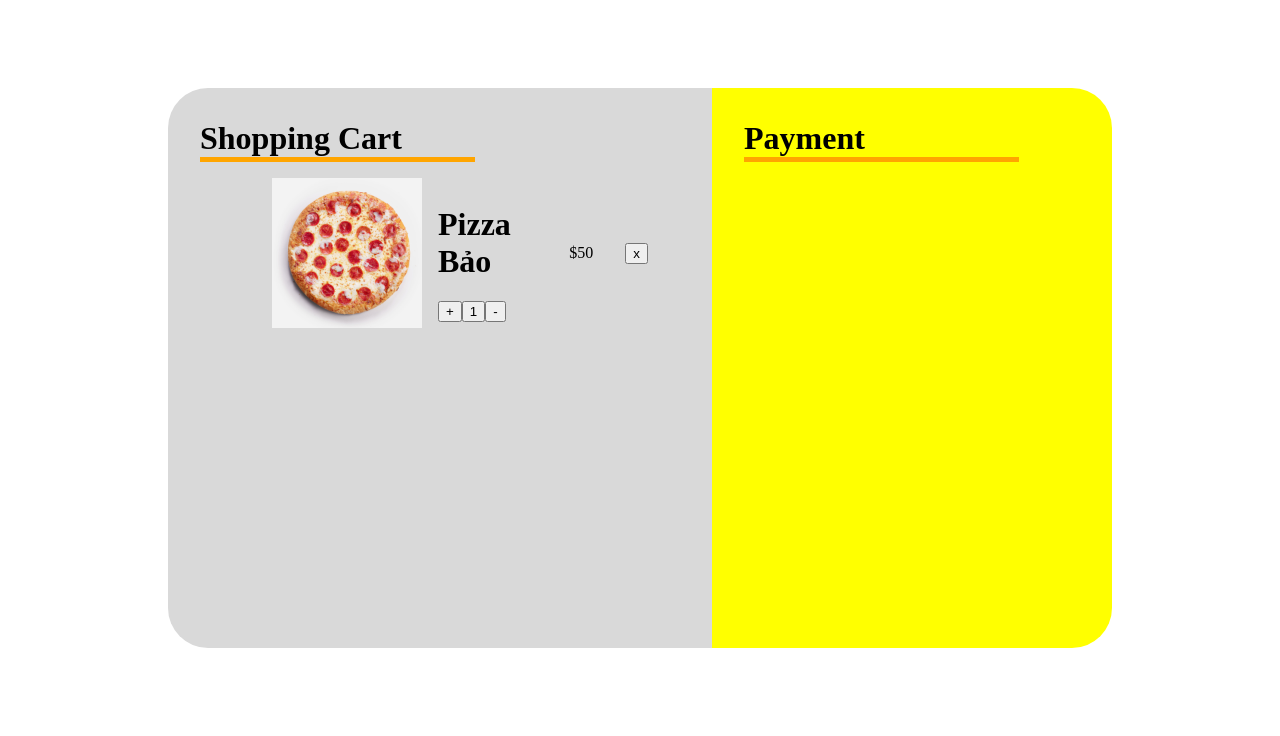
Repository: NDBaoFE/pizza-ordering-hiep
Page: /checkout
An editor plug-in stored every save of this project. The page is shown before and after the next save, followed by the edit.
The browser window is 1280 px wide. The pictures show the whole page.
The project was rebuilt for these pictures with package versions that can differ from the ones it lists, and the page was loaded fresh each time.

Above is the page before, as saved 2022-08-27 22:12:53.

### public/index.html
<!DOCTYPE html>
<html lang="en">
  <head>
    <meta charset="utf-8" />
    <link rel="icon" href="%PUBLIC_URL%/avatar.png" />
    <meta name="viewport" content="width=device-width, initial-scale=1" />
    <meta name="theme-color" content="#000000" />
    <link rel="apple-touch-icon" href="%PUBLIC_URL%/avatar.png" />
    <title>Pizza Ordering</title>
  </head>
  <body>
    <noscript>You need to enable JavaScript to run this app.</noscript>
    <div id="root"></div>
  </body>
</html>

### src/App.js
import RouterComponent from './router'

function App() {
  return <>{RouterComponent}</>
}

export default App

### src/router/index.js
import { BrowserRouter, Routes, Route } from 'react-router-dom'
import Checkout from '../pages/Checkout'

const privateRoutes = [{ name: 'checkout', path: '/checkout', element: <Checkout /> }]

const RouterComponent = (
  <BrowserRouter>
    <Routes>
      {privateRoutes.map((route) => (
        <Route key={route.name} path={route.path} element={route.element} />
      ))}
    </Routes>
  </BrowserRouter>
)

export default RouterComponent

### src/pages/Checkout/index.jsx
import React from 'react'
import * as Styled from './Checkout.styled'
import pizza from '../../assets/pizza.jpg'

const Checkout = (props) => {
  return (
    <Styled.Background>
      <Styled.Cart>
        <Styled.Header>Shopping Cart</Styled.Header>
        <Styled.List>
          <Styled.Item>
            <Styled.Image src={pizza} />
            <Styled.Info>
              <Styled.PizzaName>Pizza Bảo</Styled.PizzaName>
              <div>
                <Styled.Button>+</Styled.Button>
                <Styled.Button>1</Styled.Button>
                <Styled.Button>-</Styled.Button>
              </div>
            </Styled.Info>
            <Styled.Price>$50</Styled.Price>
            <Styled.CloseButton>x</Styled.CloseButton>
          </Styled.Item>
        </Styled.List>
      </Styled.Cart>
      <Styled.Payment>
        <Styled.Header>Payment</Styled.Header>
      </Styled.Payment>
    </Styled.Background>
  )
}

Checkout.propTypes = {}

export default Checkout

### src/pages/Checkout/Checkout.styled.js
import styled from 'styled-components'

export const Background = styled.div`
  box-sizing: border-box;
  width: 100%;
  height: 100vh;
  padding: 5rem 10rem;
  display: flex;
  overflow-y: hidden;
`
export const Cart = styled.div`
  padding: 2rem;
  display: block;
  background-color: #d9d9d9;
  flex: 1;
  border-top-left-radius: 40px;
  border-bottom-left-radius: 40px;
`
export const Payment = styled.div`
  box-sizing: border-box;
  padding: 2rem;
  min-width: 400px;
  background-color: yellow;
  border-top-right-radius: 40px;
  border-bottom-right-radius: 40px;
`

export const Header = styled.header`
  font-size: 2rem;
  font-weight: 700;

  &::after {
    content: '';
    display: block;
    width: 275px;
    height: 5px;
    background-color: orange;
  }
`

export const List = styled.ul`
  list-style: none;
  padding: 0;
`

export const Item = styled.ul`
  display: flex;
  align-items: center;
  margin: 1rem;
`

export const Image = styled.img`
  margin: 0 1rem;

  width: 150px;
`
export const Info = styled.div`
  flex: 1;
`
export const PizzaName = styled.h1``
export const Button = styled.button``
export const Price = styled.span`
  margin: 0 1rem;
`
export const CloseButton = styled.button`
  margin: 0 1rem;
`

Loaded but not shown: src/index.js (common file)

After the next save:
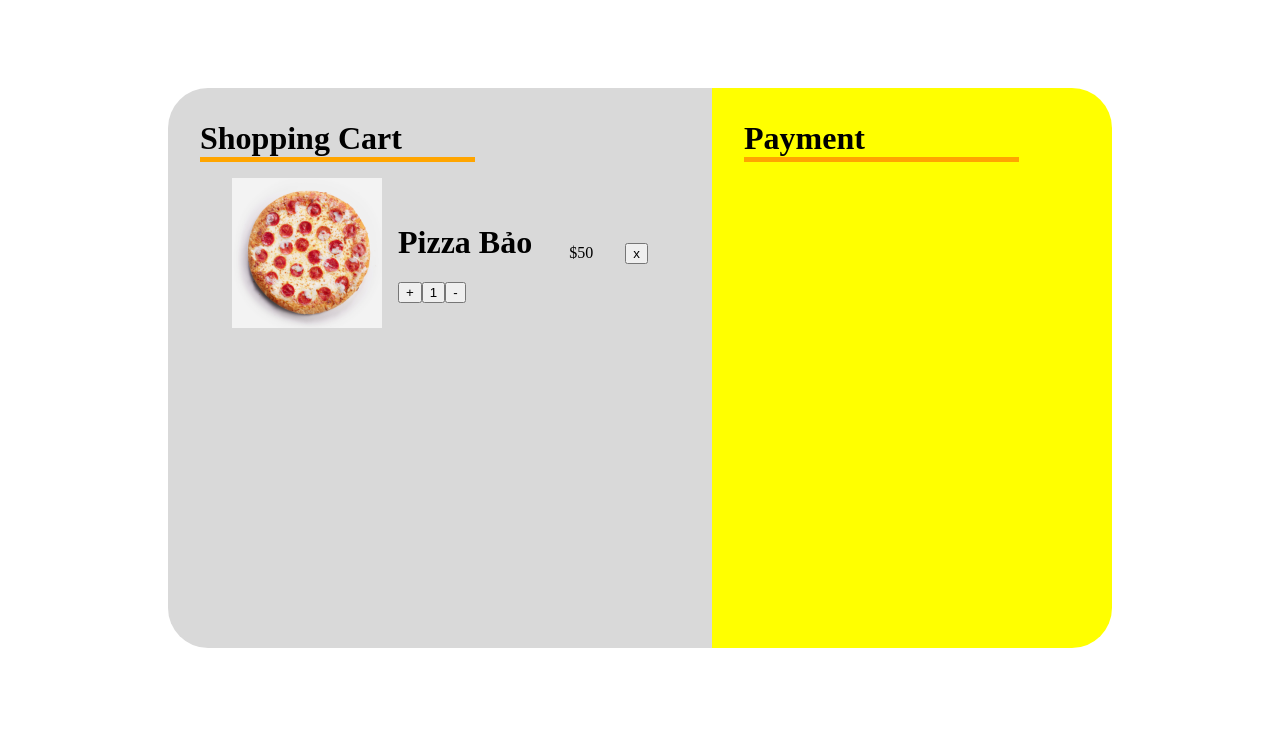
Saved 20 s later.
--- a/src/pages/Checkout/Checkout.styled.js
+++ b/src/pages/Checkout/Checkout.styled.js
@@ -43,7 +43,7 @@ export const List = styled.ul`
   padding: 0;
 `
 
-export const Item = styled.ul`
+export const Item = styled.li`
   display: flex;
   align-items: center;
   margin: 1rem;
